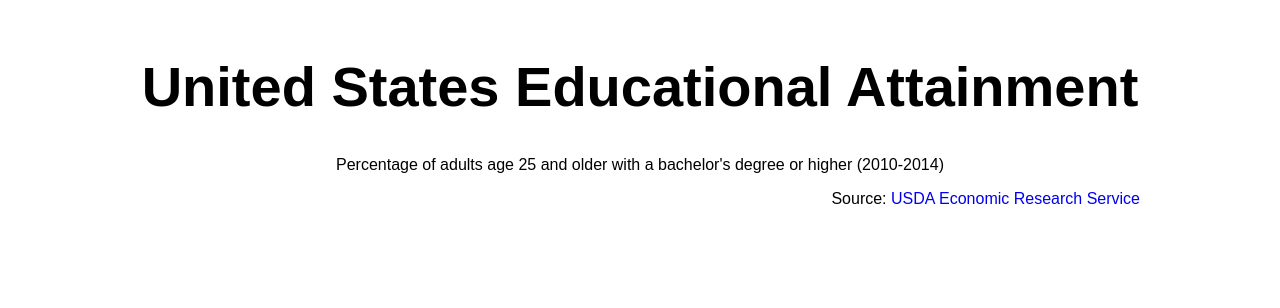
Repository: inv-Ayiba/D3
Page: ChoroplethStolenFCC copy.html
These files come from the project's save history. The page is drawn as it stood at one moment and after the next save; the edit follows.
The browser window is 1280 px wide. The pictures show the whole page.
The page's requests for data from a server got no answer. Some web libraries are served in a nearby version.

Above is the page before, as saved 2022-04-28 17:53:01.

After the next save:
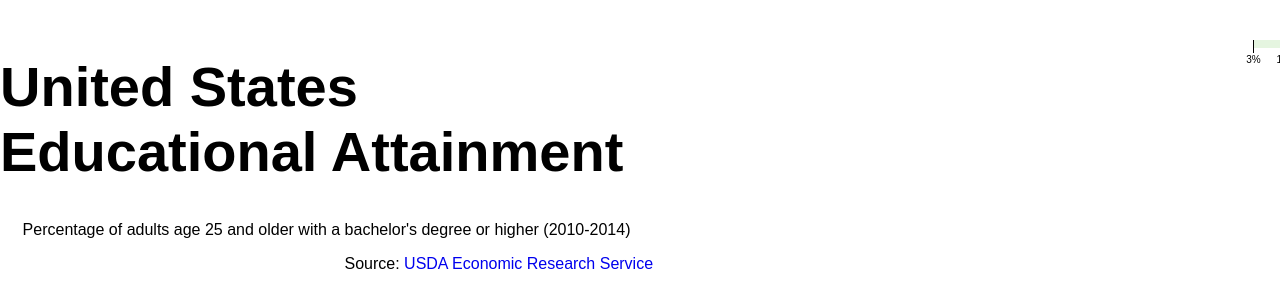
Saved 2 h 26 min later.
--- a/ChoroplethStolenFCC copy.html
+++ b/ChoroplethStolenFCC copy.html
@@ -70,6 +70,24 @@
 
   <!-- <script src="https://cdn.jsdelivr.net/npm/d3-scale-chromatic@3.0.0/dist/d3-scale-chromatic.min.js"></script> -->
 
+
+
+
+  <title id="title">Choropleth</title>
+</head>
+<body>
+  <!-- <script src="https://cdn.freecodecamp.org/testable-projects-fcc/v1/bundle.js"></script> -->
+
+  <script src="https://cdnjs.cloudflare.com/ajax/libs/topojson/3.0.2/topojson.min.js"></script>
+
+
+<div id="main">
+  <h1 id="title">United States Educational Attainment</h1>
+  <div id="description">
+    Percentage of adults age 25 and older with a bachelor's degree or higher
+    (2010-2014)
+  </div>
+
   <script>
     /* global d3, topojson */
   /* eslint-disable max-len */
@@ -81,8 +99,12 @@
 
   // Define body
   var body = d3.select('body');
-
-  var svg = d3.select('svg');
+  const w = 960;
+  const h = 600;
+  var svg = d3.select('body')
+      .append("svg")
+      .attr("width", w)
+      .attr("height", h);
 
   // Define the div for the tooltip
   var tooltip = body
@@ -245,24 +267,6 @@
 
 
 
-  <title id="title">Choropleth</title>
-</head>
-<body>
-  <!-- <script src="https://cdn.freecodecamp.org/testable-projects-fcc/v1/bundle.js"></script> -->
-
-  <script src="https://cdnjs.cloudflare.com/ajax/libs/topojson/3.0.2/topojson.min.js"></script>
-
-
-<div id="main">
-  <h1 id="title">United States Educational Attainment</h1>
-  <div id="description">
-    Percentage of adults age 25 and older with a bachelor's degree or higher
-    (2010-2014)
-  </div>
-
-
-
-
   <!-- <svg width="960" height="600"></svg> -->
   <div id="source">
     Source:
